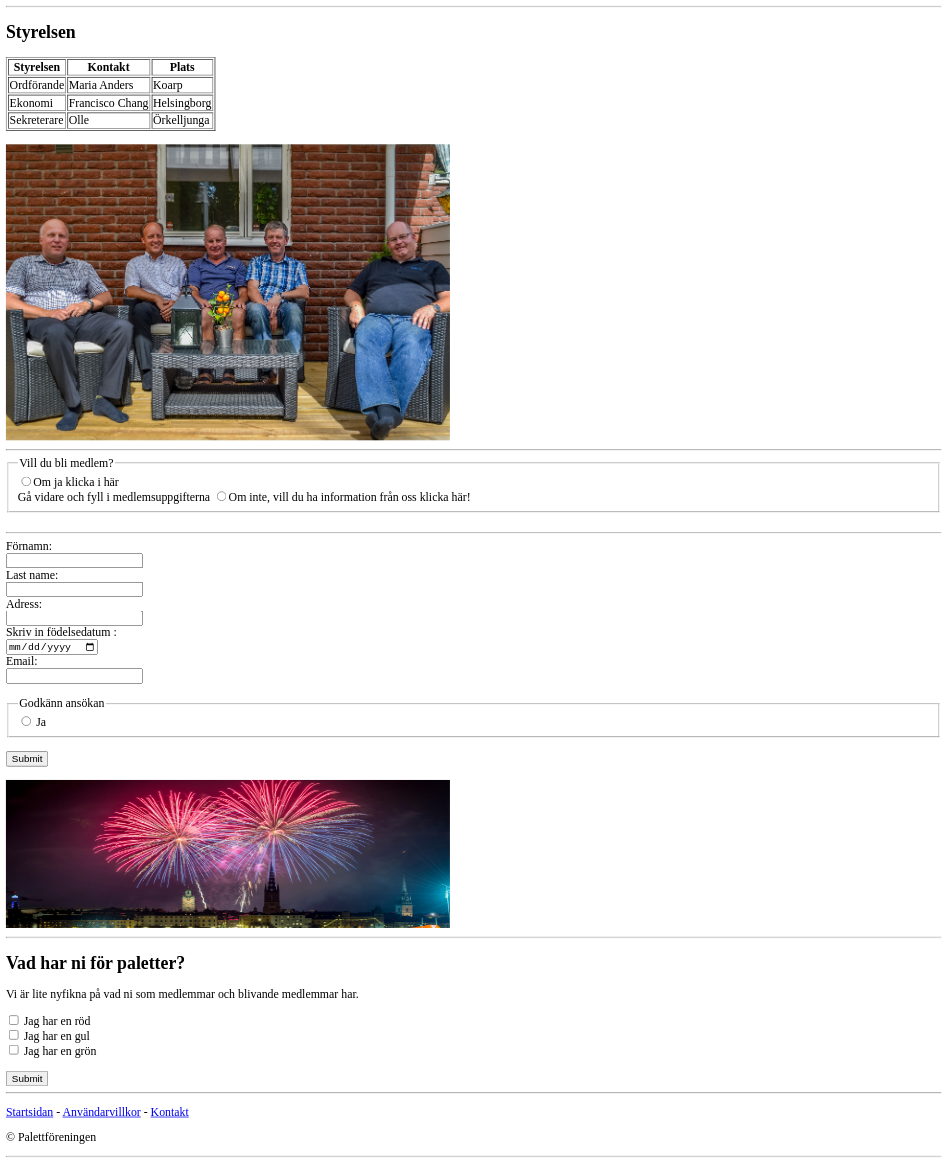
Repository: Webutveckling-20-21/Uppgift-1
Page: medlemskap.html
These files come from the project's save history. The page is drawn as it stood at one moment and after a run of saves; the edit follows.
The browser window is 1280 px wide. The pictures show the whole page, at 74% of full size.

Above is the page before, as saved 2021-09-08 11:04:48.

### medlemskap.html
<!DOCTYPE html>
<html lang="en">

<head>
    <meta charset="UTF-8">
    <meta name="viewport" content="width=device-width, initial-scale=1.0">
    <title>Palettföreningen</title>
</head>

<body>
    <header>


    </header>
    <hr>
    <main>
        <h2>Styrelsen</h2>

        <table border="1">
            <tr>
                <th>Styrelsen</th>
                <th>Kontakt</th>
                <th>Plats</th>
            </tr>
            <tr>
                <td>Ordförande</td>
                <td>Maria Anders</td>
                <td>Koarp</td>
            </tr>
            <tr>
                <td>Ekonomi</td>
                <td>Francisco Chang</td>
                <td>Helsingborg</td>
            </tr>
            <tr>
                <td>Sekreterare</td>
                <td>Olle</td>
                <td>Örkelljunga</td>
            </tr>
        </table> <br>
        <img src="images/Bild-Styrelse-2012.jpg" width="600" alt="styrelsen">
        <hr>

        <form method="post">
            <fieldset>
                <legend>Vill du bli medlem?</legend>
                <label><input type="radio" name="radio">Om ja klicka i här</label><br>
                Gå vidare och fyll i medlemsuppgifterna</a>
                <label><input type="radio" name="radio">Om inte, vill du ha information från oss klicka här!</label>
            </fieldset> <br>
            <hr>
            <label for="fname">Förnamn:</label><br>
            <input type="text" id="text" name="text" value=""><br>
            <label for="lname">Last name:</label><br>
            <input type="text" id="text" name="text" value=""><br>
            <label for="text">Adress:</label><br>
            <input type="text" id="text" name="text" value=""><br>

             Skriv in födelsedatum : <br> <input type="date"><br>

            <label for="email">Email:</label><br>
            <input type="email" id="email" name="email" multiple> <br> <br>
            <fieldset>
    <legend>Godkänn ansökan</legend>
    <label><input type="radio" name="radio"> Ja</label>
  </fieldset> <br>
            <input type="submit" value="Submit">
        </form> <br>
        <img src="images/fyr.webp" width="600" height="200"alt="Firande">


    </main>
    <hr>
    <aside>
        <h2>Vad har ni för paletter?</h2>
        <p>Vi är lite nyfikna på vad ni som medlemmar och blivande medlemmar har.</p>

        <form>
            <input type="checkbox" id="red" name="red" value="red">
            <label for="red"> Jag har en röd</label><br>
            <input type="checkbox" id="yellow" name="yellow" value="yellow">
            <label for="yellow">Jag har en gul</label><br>
            <input type="checkbox" id="green" name="green" value="green">
            <label for="green"> Jag har en grön</label><br><br>
            <input type="submit" value="Submit">
        </form>




    </aside>
    <hr>
    <footer>
        <nav>
            <p>
                <a href="blogg.html">Startsidan</a> -
                <a href="villkor.html">Användarvillkor</a> -
                <a href="kontakt.html">Kontakt</a>
            </p>
        </nav>
        <p> &copy; Palettföreningen</p>

    </footer>
    <hr>

</body>


</html>

After the next 4 saves:
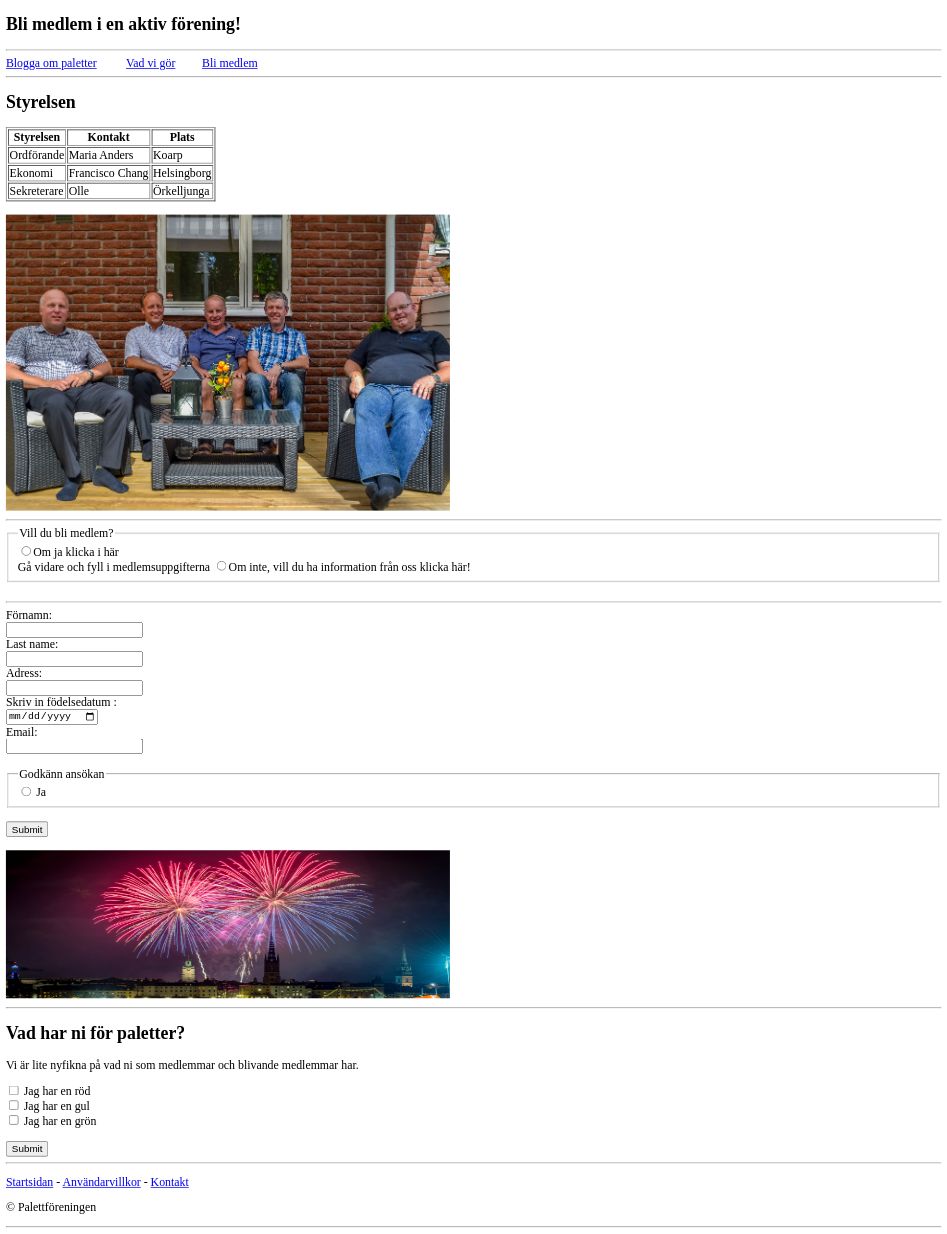
The 4 saves are shown as one change because they came seconds apart.
The last was saved 9 s later.
--- a/medlemskap.html
+++ b/medlemskap.html
@@ -12,6 +12,13 @@
 
 
     </header>
+    <nav>
+           <h1>Bli medlem i en aktiv förening!</h1>
+        <hr>
+        <a href="blogg.html">Blogga om paletter</a> &nbsp;&nbsp;&nbsp;&nbsp;&nbsp;&nbsp;&nbsp;&nbsp; <a
+            href="verksamheten.html">Vad vi gör</a>&nbsp;&nbsp;&nbsp;&nbsp;&nbsp;&nbsp;&nbsp;&nbsp;
+        <a href="medlemskap.html">Bli medlem</a>
+    </nav>
     <hr>
     <main>
         <h2>Styrelsen</h2>
